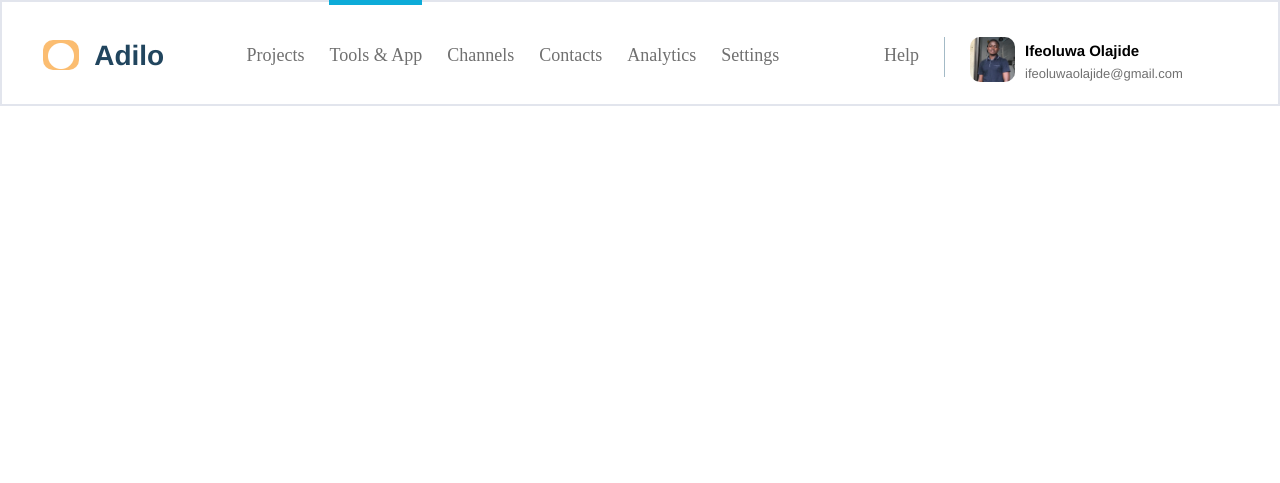
Repository: olhighjay/video_recorder
Page: /
The author's editor kept a copy of each file at every save. The page is drawn from the files as they stood at one save, then again after the next save.
The browser window is 1280 px wide. The pictures show the whole page.
Some web libraries are served in a nearby version. The project was rebuilt for these pictures with package versions that can differ from the ones it lists, and the page was loaded fresh each time. Also part of the build but not shown: vue.config.js.

Above is the page before, as saved 2022-07-28 17:01:03.

After the next save:
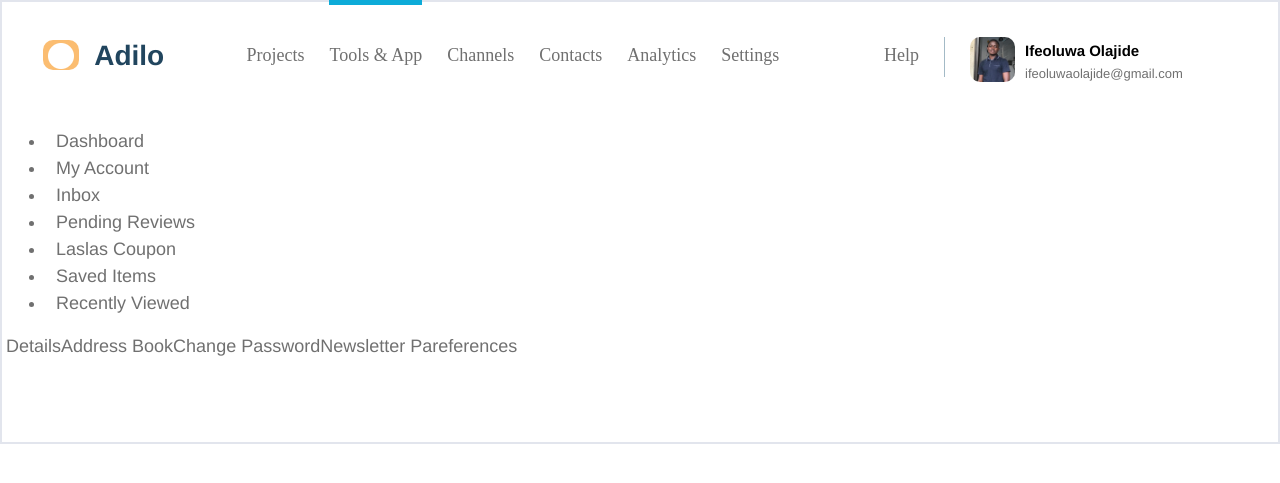
Saved 3 min 31 s later.
--- a/src/App.vue
+++ b/src/App.vue
@@ -2,7 +2,39 @@
   <!-- <img alt="Vue logo" src="./assets/logo.png"> -->
   <div>
     <navbar></navbar>
-
+    <div id="main-flex">
+            <Transition name="fade" :duration="550">
+                <!-- <div :class="{'m-fadeOut':!showSidebar, 'm-fadeIn':showSidebar, 'show-display':navDelayIn, 'hide-display':navDelayOut}" class="my-sidebar"> -->
+                <div v-if="!showSidebar" class="my-sidebar px-1">
+                    <div class="my-nav py-4">
+                        <ul>
+                            <li :class="{'active-temp': pageHeader == 'Dashboard'}"><router-link style="width:100%" to="/dashboard"><i class="fa fa-home" aria-hidden="true"></i> &nbsp; Dashboard</router-link></li>
+                            <li :class="{'active-temp': pageHeader == 'My Account'}"><router-link style="width:100%" to="/account"><i class="fa fa-user" aria-hidden="true"></i> &nbsp; My Account</router-link></li>
+                            <li :class="{'active-temp': pageHeader == 'Inbox'}"><router-link style="width:100%" to="/inbox"><i class="fa fa-envelope" aria-hidden="true"></i> &nbsp; Inbox</router-link></li>
+                            <li :class="{'active-temp': pageHeader == 'Pending Reviews'}"><router-link style="width:100%" to="/"><i class="fa fa-ban" aria-hidden="true"></i> &nbsp; Pending Reviews</router-link></li>
+                            <li :class="{'active-temp': pageHeader == 'Laslas Coupon'}"><router-link style="width:100%" to="/"><i class="fa fa-gift" aria-hidden="true"></i> &nbsp; Laslas Coupon</router-link></li>
+                            <li :class="{'active-temp': pageHeader == 'Saved Items'}"><router-link style="width:100%" to="/"><i class="fa fa-heart" aria-hidden="true"></i> &nbsp; Saved Items</router-link></li>
+                            <li :class="{'active-temp': pageHeader == 'Recently Viewed'}"><router-link style="width:100%" to="/"><i class="fa fa-eye" aria-hidden="true"></i> &nbsp; Recently Viewed</router-link></li>
+                        </ul>
+                        <div class="under-nav">
+                            <a>Details</a>
+                            <a>Address Book</a>
+                            <a>Change Password</a>
+                            <a>Newsletter Pareferences</a>
+                        </div>
+                    </div>
+                </div>
+            </Transition>
+            <div class="my-main px-2">
+                <div class="main-content">
+                    <div class="pg-head px-4 pt-4 pb-1">
+                        <span @click="showSidebar = !showSidebar" class="u-hamburger__box"><span class="u-hamburger__inner"></span></span>
+                        <span style=" margin-left:4%"><h4 style="display:inline; text-align:left;font-weight:600;">{{ pageHeader }}</h4></span>
+                    </div>
+                    <slot ></slot>
+                </div>
+            </div>
+        </div>
   </div>
 </template>
 
